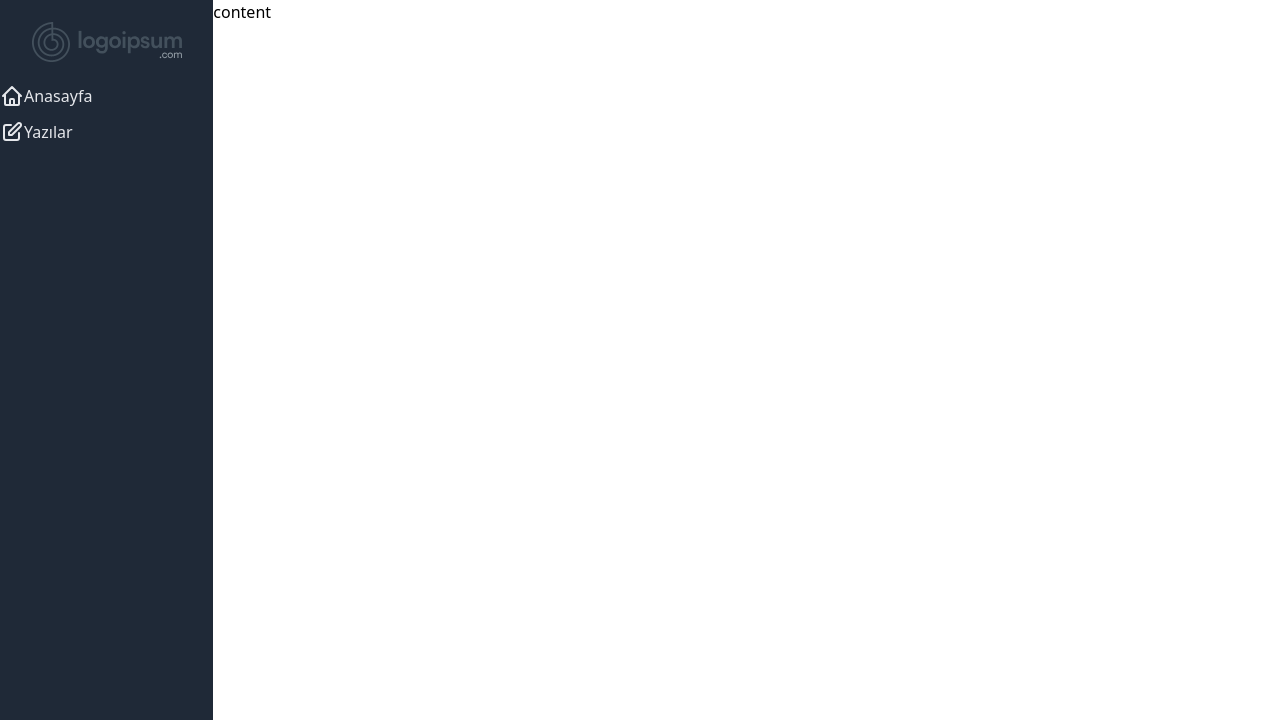
Repository: daskafa/Lavue-ui
Page: /admin
These files come from the project's save history. The page is drawn as it stood at one moment and after the next save; the edit follows.
The browser window is 1280 px wide. The pictures show the whole page.
The project was rebuilt for these pictures with package versions that can differ from the ones it lists, and the page was loaded fresh each time. Also part of the build but not shown: src/views/Homepage.vue.

Above is the page before, as saved 2022-02-21 23:18:28.

After the next save:
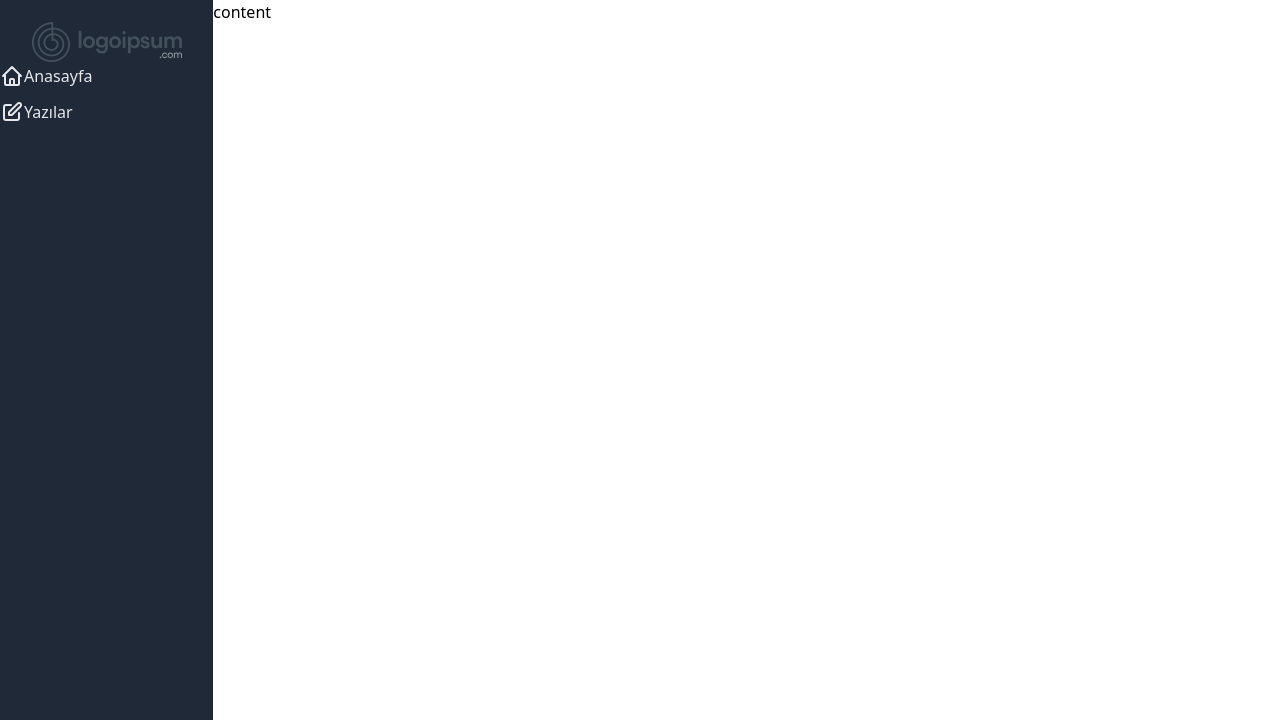
Saved 8 s later.
--- a/src/components/Sidebar.vue
+++ b/src/components/Sidebar.vue
@@ -4,7 +4,7 @@
         <div class="mt-5">
             <Logo />
         </div>
-        <div class="mt-5 sidebar-menu-items">
+        <div class="mt-15 sidebar-menu-items">
             <ul>
                 <li>
                     <svg xmlns="http://www.w3.org/2000/svg" class="h-6 w-6" fill="none" viewBox="0 0 24 24" stroke="currentColor"><path stroke-linecap="round" stroke-linejoin="round" stroke-width="2" d="M3 12l2-2m0 0l7-7 7 7M5 10v10a1 1 0 001 1h3m10-11l2 2m-2-2v10a1 1 0 01-1 1h-3m-6 0a1 1 0 001-1v-4a1 1 0 011-1h2a1 1 0 011 1v4a1 1 0 001 1m-6 0h6" /></svg>
